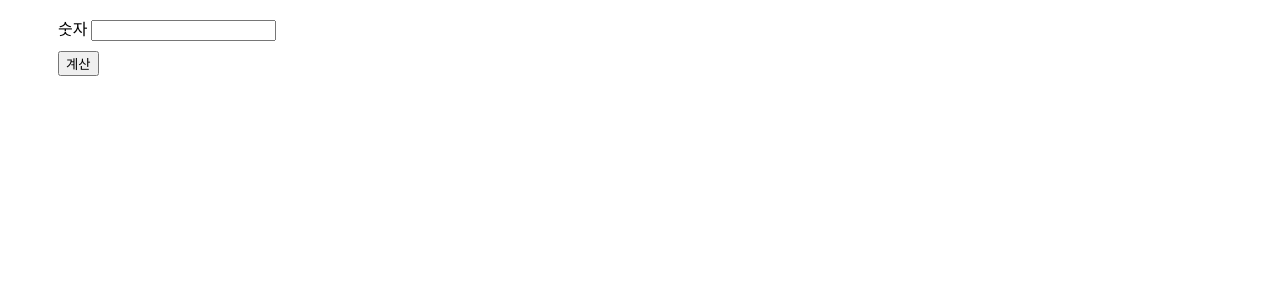
Repository: KyoungHwanJeong/jspworks
Page: http://localhost/jwbook/request/even_odd_11_21.jsp
An editor plug-in stored every save of this project. The page is shown before and after the next save, followed by the edit.
The browser window is 1280 px wide. The pictures show the whole page.
The page is served by Tomcat 9. Other server files are loaded and not shown.

Above is the page before, as saved 2023-11-21 06:22:42.

### jwbook/src/main/webapp/request/even_odd_11_21.jsp
<%@ page language="java" contentType="text/html; charset=UTF-8"
    pageEncoding="UTF-8"%>
<!DOCTYPE html>
<html>
<head>
<meta charset="UTF-8">
<title>Insert title here</title>
	<style>
		ul li{list-style: none; margin: 10px;}
	</style>
</head>
<body>
	<form action=calcProcess_11_21.jsp method=post>
	<ul>
		<li>
			<label for = "num">숫자 </label>
			<input type="text" id="num" name="num">
		</li>
		<li>
			<button type = "submit">계산</button>
		</li>
	</ul>
	</form>
</body>
</html>

After the next save:
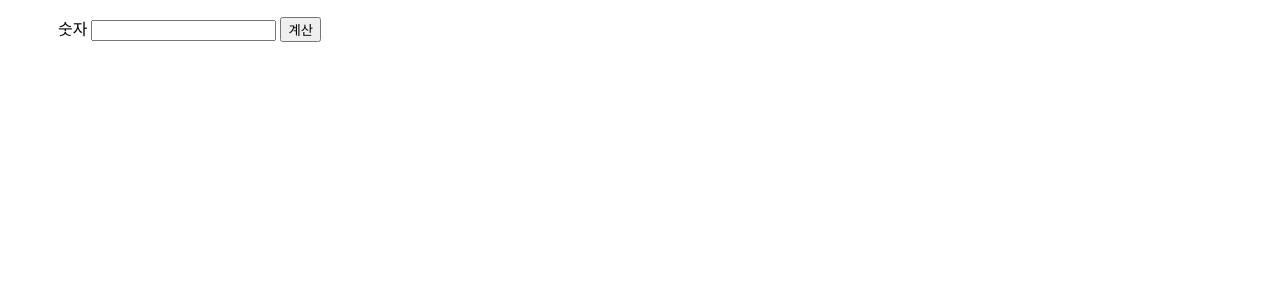
Saved 112 s later.
--- a/jwbook/src/main/webapp/request/even_odd_11_21.jsp
+++ b/jwbook/src/main/webapp/request/even_odd_11_21.jsp
@@ -15,10 +15,9 @@
 		<li>
 			<label for = "num">숫자 </label>
 			<input type="text" id="num" name="num">
-		</li>
-		<li>
 			<button type = "submit">계산</button>
 		</li>
+
 	</ul>
 	</form>
 </body>
